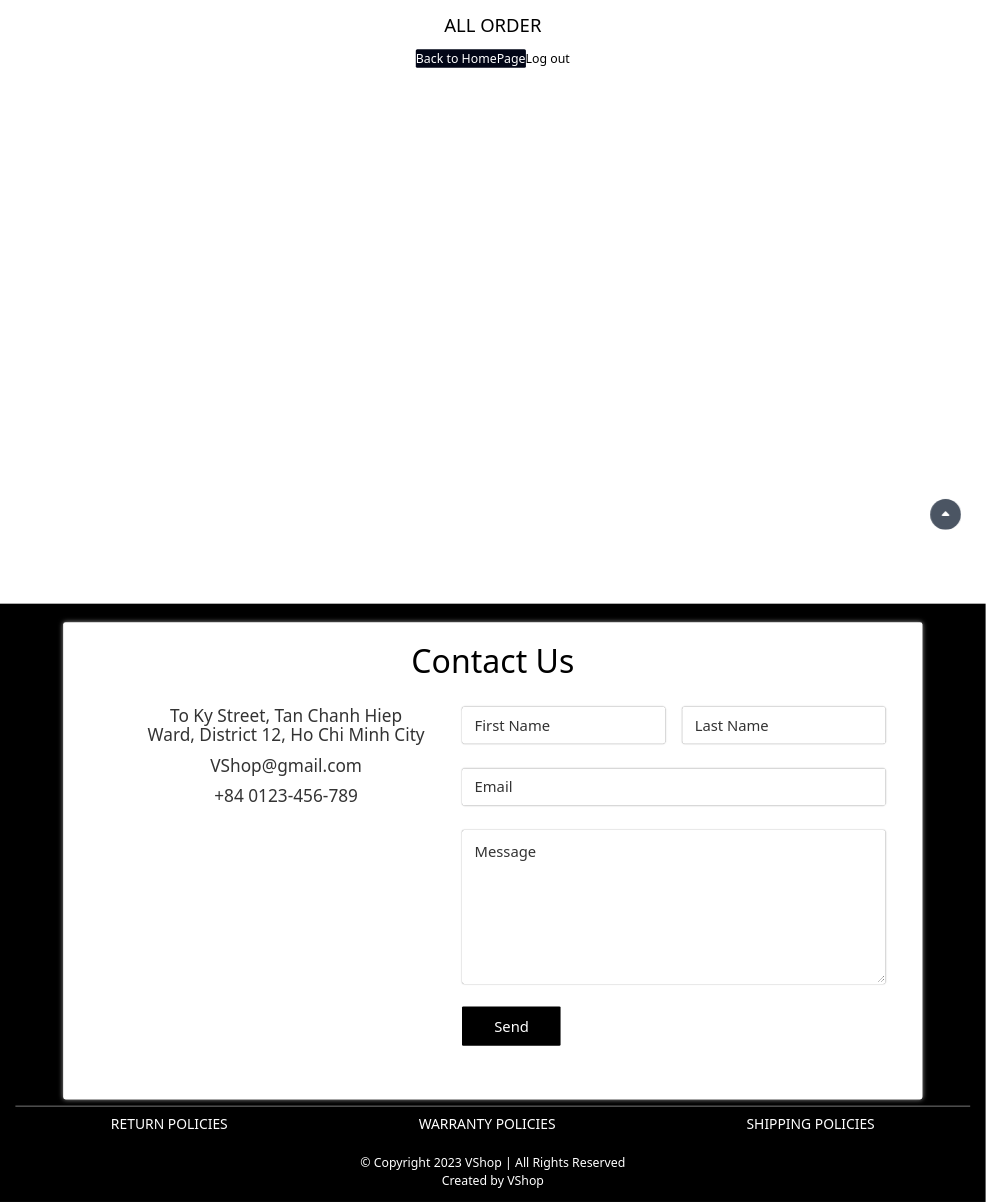
Repository: Kith933UTH/VSHOP
Page: /user
These files come from the project's save history. The page is drawn as it stood at one moment and after the next save; the edit follows.
The browser window is 1280 px wide. The pictures show the whole page, at 77% of full size.
Pictures or frames that could not be fetched are drawn as grey boxes. The project was rebuilt for these pictures with package versions that can differ from the ones it lists, and the page was loaded fresh each time. Also part of the build but not shown: src/components/product-item/ProductItem.js, src/components/loader/Loader.js, src/constants/constants.js, src/components/product-filters/Category.js, src/components/product-filters/Price.js, src/components/product-filters/Rating.js, src/components/product-filters/ProductFilters.js, src/components/cart-shopping/CartEmpty.js and 24 more.

Above is the page before, as saved 2023-08-05 22:56:35.

After the next save:
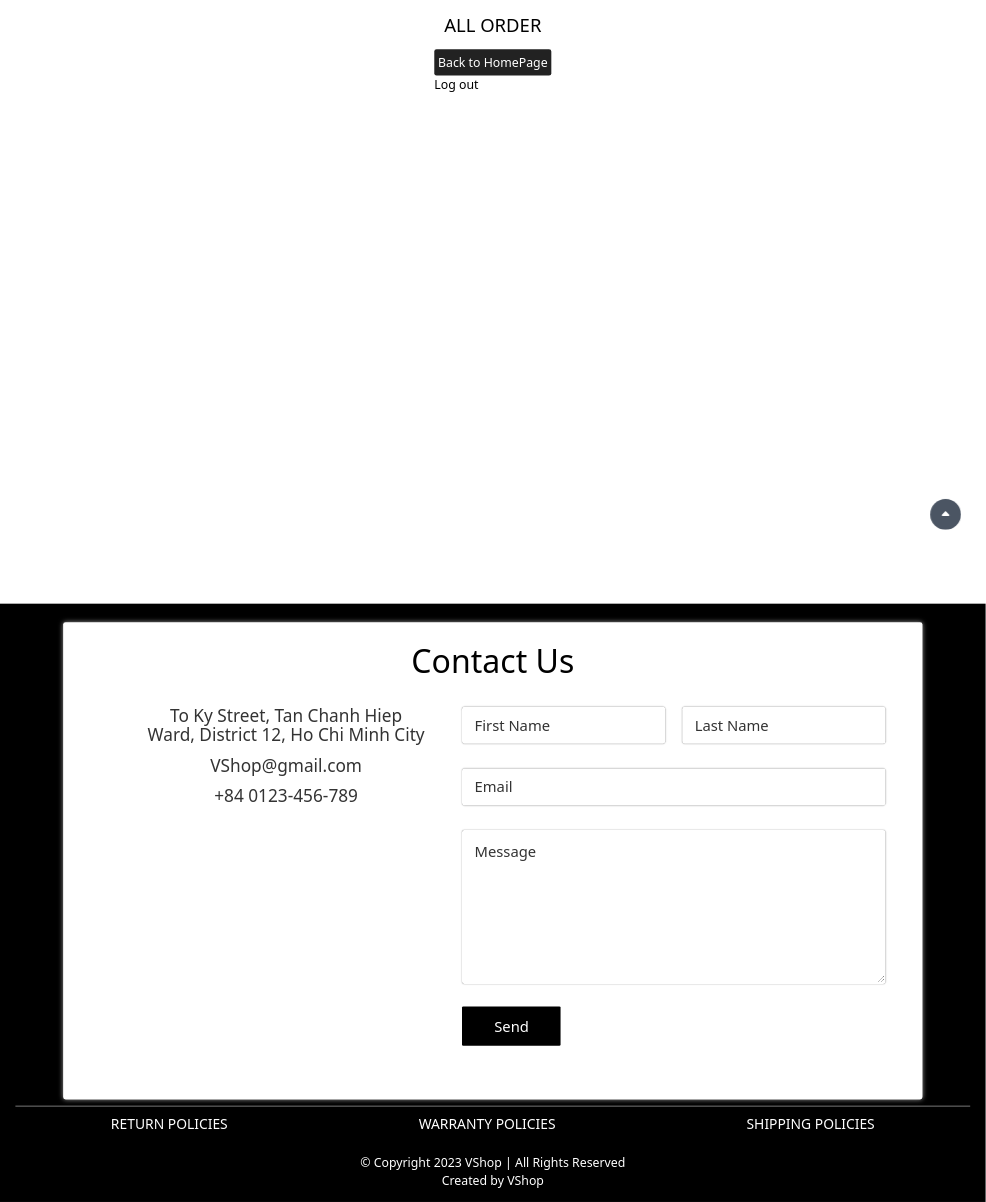
Saved 3 min 32 s later.
--- a/src/components/user/User.js
+++ b/src/components/user/User.js
@@ -38,7 +38,7 @@ export function User() {
             </div>
             )}
             <div>
-                <button className='text-white rounded-sm bg-slate-950' onClick={handleBack}>Back to HomePage</button>
+                <button  id="sub_btn" onClick={handleBack}>Back to HomePage</button>
                 <button onClick={handleLogOut}>Log out</button>
             </div>
         </div>
